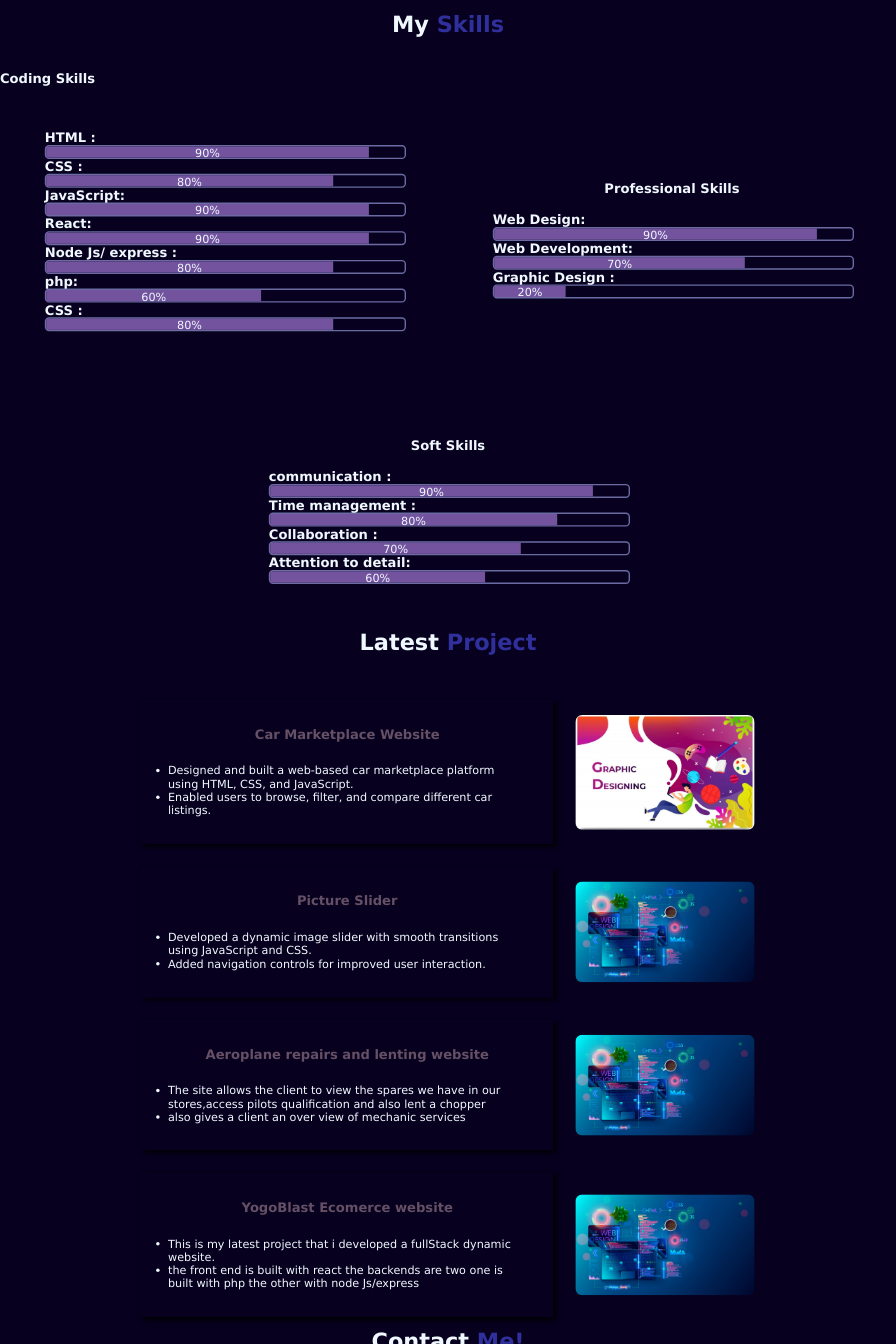
Repository: shrewd-baddest/portfolio
Page: myportfolio-main/index.html
An editor plug-in stored every save of this project. The page is shown before and after the next save, followed by the edit.
The browser window is 1280 px wide. The pictures show the part of the page from y = 1375 to 3295 px (the page is 3805 px tall before and 3784 px after), at 70% of full size.
Some web libraries are served in a nearby version.

Above is the page before, as saved 2025-06-24 08:13:44.

### myportfolio-main/index.html
<!DOCTYPE html>
<html lang="en">

<head>
    <meta charset="UTF-8">
    <meta http-equiv="X-UA-Compatible" content="IE=edge">
    <meta name="viewport" content="width=device-width, initial-scale=1.0">


    <title>PAUL ONSONGO - Software Engineer Portfolio</title>
  <link rel="stylesheet" href="/sting.css">

    <link rel="icon" href="img/Picsart_24-01-07_04-34-43-464.jpg">

</head>

<body>
    <!-- header design -->
    <header class="header">
        <a href="#" class="logo " >PAUL</a>
        <div id="menu_icon" class='menu_icon'>
            <img src="\myportfolio-main\img\menu.webp" alt="">
        </div>
        <nav class="navbar" id='navbar'>
            <a href="# " class="active">Home</a>
            <a href="#about">About</a>
            <a href="#skills">Skills</a>
            <a href="#portfolio">My Project</a>
            <a href="#contact">Contact</a>

         </nav>
    </header>

    <!-- home design -->
    <section class="home " id="home">
        <div class="home-content">
             <h1 class="names">Hallo, I'm <span>onsongo</span></h1>
            <div class="text-animate">
                <h3>And I'm a</h3>
                <h3><samp class="multiple-text"></samp></h3>
            </div>
            <p class="multiple-text">
                Aspiring software engineer, passionate about coding and problem-solving. Committed to learning,
                adapting, and contributing to innovative tech solutions.
            </p>
        </div>
            <div class="btn-box">
                <a href="#"  >requesting for a job opportunity</a>
            </div>

        <div class="home_sci">

            <a href="https://wa.me/0798233766" class='box-whatsapp' id="social"> <img src="\myportfolio-main\img\wozapu.png" alt=""></a>
            <a href="https://github.com/shrewd-baddest" class=' box-github' id="social"> <img src="\myportfolio-main\img\git1.png" alt=""></a>
             <a href="https://www.linkedin.com/in/paul onsongo" class=' box-linkedin' id="social"><img src="\myportfolio-main\img\linkedin.png" alt=""></a>

        </div>
    </section>

    <!-- about  -->
    <section class="about" id="about">
        <h2 class="heading">About <span>Me</span></h2>
  <div>

      <img src="\myportfolio-main\img\shrewd.jpg" alt="" id="shrewd">
  </div>

        <div class="about-content">
            <h3 class="cont-head">Frontend Developer !</h3>
            <p class="cont-par">Passionate third-year software engineering student dedicated to mastering the art of coding. Eager to
                explore diverse facets of technology, from algorithm design to web development. Enthusiastic about
                problem-solving and collaborating on innovative projects. Proficient in languages like JavaScript and it's frameworks like React,node js, express js ,   HTML /
                CSS and php. Constantly seeking opportunities to expand my skills and contribute to the ever-evolving tech
                landscape. Adept at adapting to new challenges, I aim to blend creativity with precision in crafting
                efficient software solutions. Outside the digital realm, I enjoy staying updated on industry trends and
                fostering a collaborative learning environment. Let's build the future together!</p>
        </div>

            <a href="#" class="btn">Read More</a>

    </section>

    <!-- Skills -->
    <section class="skills" id="skills">
        <h2 class="heading">My <span>Skills</span></h2>

                <h3 class="title">Coding Skills</h3>
                 <div class="grp">


                    <div class="skills-column">
                        <div class="progress">
                            <h3> HTML :</h3>
                            <div class="bar "><div class="ht ">90%</div></div>
                        </div>
                        <div class="progress">
                            <h3><i class='box-css3'></i>CSS :</h3>
                            <div class="bar"><div class="css">80%</div></div>
                        </div>
                        <div class="progress">
                            <h3><i class='bx box-javascript'></i>JavaScript:</h3>
                            <div class="bar"><div class="js">90%</div></div>
                        </div>
                      <div class="progress">
                            <h3><i class='bx box-javascript'></i>React:</h3>
                            <div class="bar"><div class="js">90%</div></div>
                        </div>
                        <div class="progress">
                            <h3><i class='box-css3'></i>Node Js/ express :</h3>
                            <div class="bar"><div class="css">80%</div></div>
                        </div>

                        <div class="progress">
                              <h3><i class='bx box-php'></i>php:</h3>
                            <div class="bar"><div class="php">60%</div></div>

                </div>
                <div class="progress">
                            <h3><i class='box-css3'></i>CSS :</h3>
                            <div class="bar"><div class="css">80%</div></div>
                        </div>
            </div>
            <div class="skills-column">
                <h3 class="title">Professional Skills</h3>

                        <div class="progress">
                            <h3>Web Design:</h3>
                            <div class="bar"><div class="WG">90%</div></div>
                        </div>
                        <div class="progress">
                            <h3>Web Development:</h3>
                            <div class="bar"><div class="WD">70%</div></div>
                        </div>
                        <div class="progress">
                            <h3>Graphic Design :</h3>
                            <div class="bar"><div class="GD">20%</div></div>
                        </div>

                    </div>

            <div class="skills-column">
                <h3 class="title">Soft Skills</h3>
                <div class="skills-box">
                    <div class="skills-content">
                        <div class="progress">
                            <h3>communication :</h3>
                            <div class="bar"><div class="CO">90%</div></div>
                        </div>
                        <div class="progress">
                            <h3>Time management :</h3>
                            <div class="bar"><div class="TM">80%</div></div>
                        </div>
                        <div class="progress">
                            <h3>Collaboration :</h3>
                            <div class="bar"><div class="CB">70%</div></div>
                        </div>
                        <div class="progress">
                            <h3>Attention to detail:</h3>
                            <div class="bar"><div class="AT">60%</div></div>
                        </div>
                    </div>
                </div>
            </div>
        </div>

        </div>

    </section>

    <!-- portfolio -->
    <section class="portfolio" id="portfolio">
        <h2 class="heading">Latest <span>Project</span></h2>
        <div class="portfolio-container">
            <div class="portfolio-box">
                <div class="portfolio-layer">
                 <a href=""> <h3>Car Marketplace Website</h3> </a>
                  <ul>
                    <li>Designed and built a web-based car marketplace platform using HTML, CSS, and JavaScript.</li>
                    <li>Enabled users to browse, filter, and compare different car listings.</li>
                  </ul>



                 </div>
                <img src="img/grp.jpg" class="imag">
            </div>
            <div class="portfolio-box">
                <div class="portfolio-layer">
                   <a href=""> <h3>Picture Slider</h3></a>
                    <ul>
                        <li>Developed a dynamic image slider with smooth transitions using JavaScript and CSS.</li>
                        <li>Added navigation controls for improved user interaction.</li>
                    </ul>


                    <a href="#"><i class='bx bx-link-external'></i></a>
                </div>
                <img src="img/dhls5o34.png" class="imag">
           </div>

            <div class="portfolio-box">
                <div class="portfolio-layer">
                <a href=""><h3>Aeroplane repairs and lenting website </h3></a>
             <ul>
      <li>The site allows the client to view the spares we have in our stores,access pilots qualification and also lent a chopper</li>
      <li> also gives a client an over view of mechanic services</li>
             </ul>
                <a href="#"><i class='bx bx-link-external'></i></a>
            </div>
                <img src="img/dhls5o34.png" class="imag">

            </div>
                     <div class="portfolio-box">
                <div class="portfolio-layer">
                   <a href=""> <h3>YogoBlast Ecomerce website</h3></a>
                    <ul>
                        <li>This is my latest project that i developed a fullStack dynamic website.</li>
                       <li>the front end is built with react the backends are two one is built with php the other with node Js/express </li>

                    </ul>


                    <a href="#"><i class='bx bx-link-external'></i></a>
                </div>
                <img src="img/dhls5o34.png" class="imag">
           </div>
        </div>
    </section>

    <!-- Contact -->
    <section class="contact" id="contact">
        <h2 class="heading">Contact <span>Me!</span></h2>
        <form action="#">
            <div class="input-box">
                <div class="input-field">
                    <input id="name" type="text" placeholder="Full Name" required>
                </div>
                <div class="input-field">
                    <input id="email" type="email" placeholder="Email" required>
                </div>
            </div>
            <div class="input-box">
                <div class="input-field">
                    <input id="mobile" type="tel" placeholder="Mobile Number" required>
                </div>
                <div class="input-field">
                    <input id="emails" type="text" placeholder="Email Subject" required>
                </div>
            </div>
            <div class="textarea-field">
                <textarea id="massage" cols="30" rows="10" placeholder="Your Massage" required></textarea>

                <input type="submit" id="sub">
            </div>

        </form>
    </section>
    <!-- /Contact -->

    <footer class="footer">
        <div class="footer-text">
            <p>Copyright &copy; 2025 by onsongo | All Rights Reserved</p>
        </div>
        <div class="footer-iconTop">
            <a href="#"><i class='bx bx-upvote'></i></a>
        </div>
    </footer>
    <script src="https://cdnjs.cloudflare.com/ajax/libs/gsap/3.12.2/gsap.min.js"></script>
    <script src="https://cdnjs.cloudflare.com/ajax/libs/gsap/3.12.2/ScrollTrigger.min.js"></script>

    <script src="./script.js"></script>
    <script>
        const tl=gsap.timeline()
 tl.from('.names',
 {
       x:-100,
opacity:0,
duration:2,
}).from('.text-animate',{
x:-100,
opacity:0,
duration:2,
}).from('.multiple-text',{
    fontSize:'0.2',
    duration:3,
    ease:Power2.inOut,
}).from('#social',{
    y:-100,
opacity:0,
ease:'bounce',
    stagger:{
       amount:1.5,
        grid:'auto',
        axis:'y',
        from:'end',
    }
})
gsap.timeline({scrollTrigger: {
    trigger: '#shrewd',
    start: 'top 90%',
    end: 'bottom 70%',

  }}).from('#shrewd',{
    y:200,
    duration:1,
    opacity:0,


 }).from('.cont-head',{
    fontSize:'0.2',
    duration:1,
    ease:Power2.in,

}).from('.cont-par',{
    fontSize:'0.2',
    duration:3,
    ease:Power2.inOut,

})


gsap.timeline({
  scrollTrigger: {
    trigger: '.portfolio',
    start: 'top 90%',
    end: 'bottom 70%',
    toggleActions: 'play none none none'
  }
})
.from(".portfolio-layer", {
  x: -200,
  opacity: 0,
      duration:1,
  stagger: {
    amount:1.5,
    each: 1,
  }
}).from(".imag",{
     delay:0.4,
    opacity:0,
    duration:0.5,
    y:-40,
    ease:"bounce",

})


    </script>
</body>

</html>

### sting.css
*{
    margin: 0%;
    font-family: Verdana, Geneva, Tahoma, sans-serif;
    color: aliceblue;
    margin: 0;
    padding: 0;
     text-decoration: none;
    scroll-behavior: smooth;
 }
body{
    background-color: #07011f;
     position: relative;
     overflow-x: hidden;
}
.header{
    display:flex;
    flex-direction: row;
    flex-wrap: nowrap;
    position: sticky;
    top: 0%;
    background-color: black;
    z-index: 1000;
}
.logo{
    margin: 2rem;
    color: rgb(194, 154, 233);
    font-size: 1.5rem;
    font-weight: bolder;
    text-decoration: none;
}
.navbar{
    display: grid;
    grid-template-columns:   auto auto auto auto auto;
    position: absolute;
right: 9%;
margin-top : 2rem;
z-index: 999;

/* flex-wrap: nowrap; */

}
.navbar a{
    text-decoration: none;
    /* margin-left:2%; */
    margin-left:1.3rem;
}
.navbar a:active,a:hover {
    color: rgb(24, 74, 117);
}
 #menu_icon img{
  width:5%;
  /* height: 5%; */
  margin-top : 1.5rem;
  position: absolute;
  right: 10px;

}
.menu_icon{
  display: none;
}

.disappear{
  display: none;
}

.cool{

  display: flex;
  justify-content: center;
  align-items: center;
  flex-direction: column;

  background-color: rgb(31, 29, 33);
  list-style-type: none;
  color: rgb(35, 21, 65);
  /* max-height: 60%; */


}

.home_sci{
 display: flex;
 flex-direction: row;
 flex-wrap: nowrap;
 margin: 5rem;
}

.home_sci a img{
  width: 50%;
}

.home-content{
   margin-left: 3rem;
   max-width: 45%;
}
.home-content h1{
font-size: 2rem;
margin-top: 5rem;
margin-bottom: 4rem;
}
.text-animate h3{
    font-size: 1.4rem;
    color: rgb(178, 178, 215);
}
.home>.btn-box {
    border: 0px solid;
    margin: 3rem;
    background-color: rgb(112, 112, 162);
    padding:4px;

    border-radius: 7px;
    max-width: fit-content;
}
.btn-box a{
    text-decoration: none;

}

.about{
  background-color: rgb(29, 28, 54);
  margin-bottom: 3rem;
  padding-bottom: 3rem;

}
.about>.heading{
  font-size: 2rem;
  text-align: center;
}
.about>.heading >span{
  color: blueviolet;
}
.btn{
  border: 0px solid;
  margin: 3rem;
  background-color: rgb(112, 112, 162);
  padding:4px;

  border-radius: 7px;
  max-width: fit-content;
}
 #shrewd{
 margin-left: 30%;
  width: 35%;
  height: fit-content;
  border-radius: 50%;
 }

.about-content {
  text-align: center;
}
.about-content h3 {
  display: inline-block;
  font-size: 2.6rem;
}
.about-content p {
  font-size: 1rem;
  margin:  3rem;
}
.btn-box{
  color: white;
  margin: auto;

   transition-duration: 1s;
}
.btn-box:hover{
  background-color: rgb(29, 28, 54);
  border: 1px solid white;
}
.grp{
  display: flex;
  justify-content: center;
   align-items: center;
  flex-direction: row;
  flex-wrap: wrap;
}
 .bar{
  /* position: relative; */
  /* box-sizing: border-box; */
  height: 1rem;
  border: 2px rgb(106, 107, 163) solid;
  border-radius: 6px;
  width: 100%;

 }
 .skills-column{
  border: 0px blue solid;
  margin: 4rem;
  width:40%;
 }
.ht {
  /* position: absolute; */
  height: 1rem;
  width: 90%;
  text-align: center;
  background-color: rgb(115, 83, 158);
 }
.skills>.heading{
  text-align: center;
  font-size: 2rem;
  margin-bottom: 3rem;
}
.skills>.heading span{
  color: rgb(48, 48, 156);
}
.skills div>.title{
  margin: 1.5rem;
  text-align: center;
}
.css {
  /* position: absolute; */
  height: 1rem;
  width: 80%;
  text-align: center;
  background-color: rgb(115, 83, 158);
 }
 .js{
  /* position: absolute; */
  height: 1rem;
  width: 90%;
  background-color: rgb(115, 83, 158);
  text-align: center;
 }
 .py{
  /* position: absolute; */
  height: 1rem;
  width: 20%;
  background-color: rgb(115, 83, 158);
  text-align: center;
 }
 .WG{
    height: 1rem;
  width: 90%;
  background-color: rgb(115, 83, 158);
  text-align: center;
 }
 .WD{
    height: 1rem;
  width: 70%;
  background-color: rgb(115, 83, 158);
  text-align: center;
 }
 .GD{
    height: 1rem;
  width: 20%;
  background-color: rgb(115, 83, 158);
  text-align: center;
 }
.php{
    height: 1rem;
  width: 60%;
  background-color: rgb(115, 83, 158);
  text-align: center;
}
 .CO{
  height: 1rem;
width: 90%;
background-color: rgb(115, 83, 158);
text-align: center;
}
.TM{
  height: 1rem;
width: 80%;
background-color: rgb(115, 83, 158);
text-align: center;
}
.CB{
  height: 1rem;
width: 70%;
background-color: rgb(115, 83, 158);
text-align: center;
}
.AT{
  height: 1rem;
width: 60%;
background-color: rgb(115, 83, 158);
text-align: center;
}
.portfolio-box{
  display: flex;
  justify-content: center;
  align-items: center;

}
.portfolio-layer{
 max-width: 40%;
  box-shadow: 4px 4px 8px black;
  margin: 1rem;
  padding: 3%;
}
.portfolio-layer h3{
    text-align: center;
    margin-bottom: 2rem;
    color: rgb(101, 80, 101);
  }
  .portfolio-layer a{
    text-decoration: none;
  }

.portfolio-box img{
   width: 20%;
   height: 20%;
  margin: 1rem;
  border-radius: 10px;
}
.portfolio>.heading{
  text-align: center;
  font-size: 2rem;
  margin-bottom: 3rem;
}
.portfolio>.heading span{
  color: rgb(48, 48, 156);
}
/* form{
  display: flex;
  justify-content: center;
  align-items: center;
  flex-direction: row;
  flex-wrap: wrap;
} */
.input-box{
  display: flex;
  justify-content: center;
  align-items: center;

  flex-wrap: wrap;
}

.input-field{
  margin: 4rem;
  margin-bottom: 1rem;
  margin-top: 1rem;

}
.input-field>input{
  width: 150%;
  height: 2rem;
  padding: 3px;
  border-radius: 7px;
  color:black;

}

.contact>.heading{
  text-align: center;
  font-size: 2rem;
  margin-bottom: 3rem;
}
.contact>.heading span{
  color: rgb(48, 48, 156);
}
.textarea-field{
 /* position: absolute; */
display: flex;
justify-content: center;
align-items: center;
flex-direction: column;
  color:black;

  /* background-color: rgb(54, 29, 111); */
}
input[type='submit']{
  color: red;
  padding: 3px;

}
#massage{
  padding: 3px;
  margin:2rem ;
  border-radius: 7px;
}
#sub{
  margin: 1rem;
  border-radius: 7px;

}
#sub:hover{
  cursor: pointer;

}

Loaded but not shown: myportfolio-main/script.js (49 lines, source omitted)

After the next save:
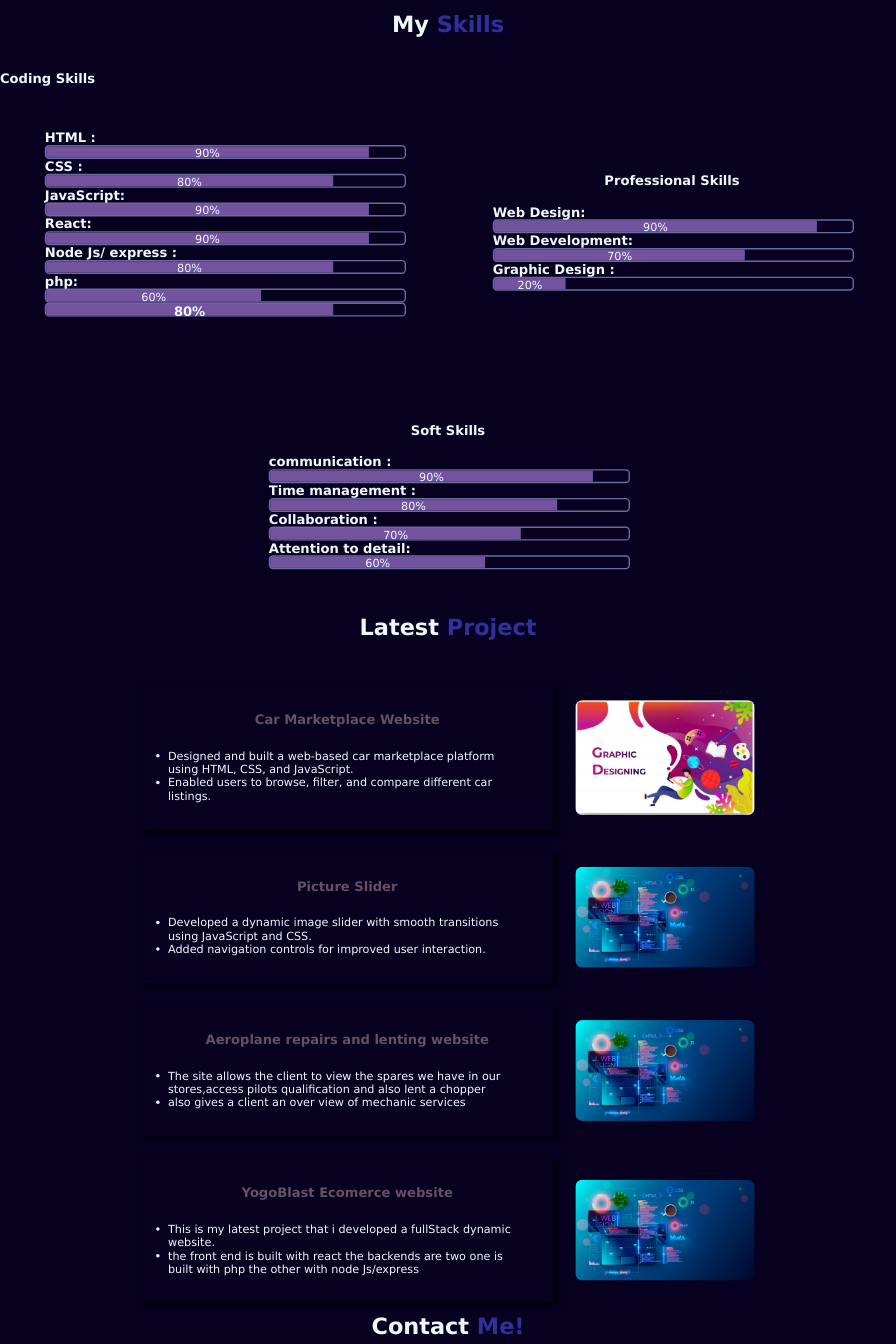
Saved 4 s later.
--- a/myportfolio-main/index.html
+++ b/myportfolio-main/index.html
@@ -116,7 +116,7 @@
 
                 </div>
                 <div class="progress">
-                            <h3><i class='box-css3'></i>CSS :</h3>
+                            <h3><i class='box-css3'></i :</h3>
                             <div class="bar"><div class="css">80%</div></div>
                         </div>
             </div>

After the 2 saves that followed:
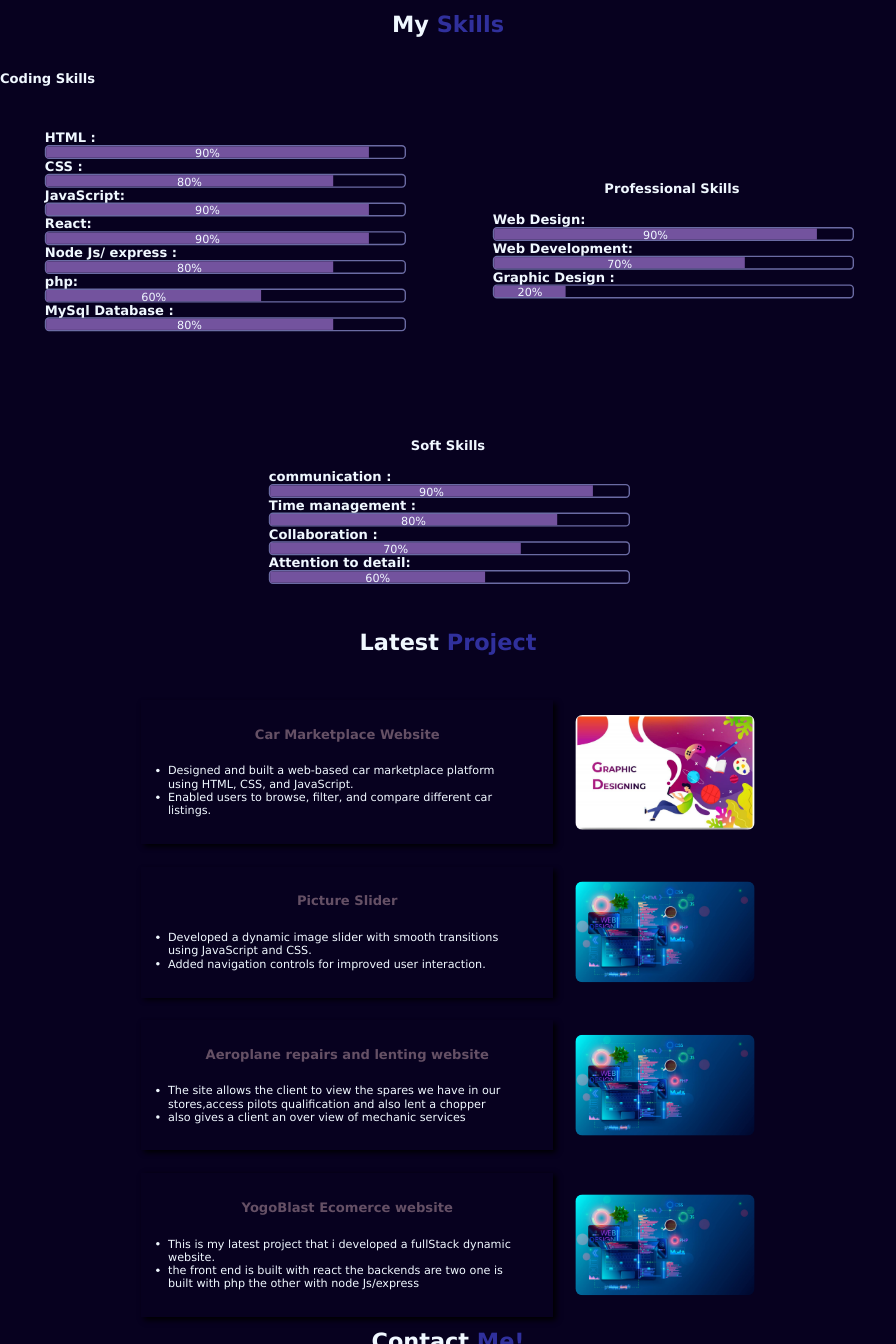
The 2 saves are shown as one change because they came seconds apart.
The last was saved 14 s later.
--- a/myportfolio-main/index.html
+++ b/myportfolio-main/index.html
@@ -116,7 +116,7 @@
 
                 </div>
                 <div class="progress">
-                            <h3><i class='box-css3'></i :</h3>
+                            <h3><i class='box-css3'></i>MySql Database :</h3>
                             <div class="bar"><div class="css">80%</div></div>
                         </div>
             </div>
